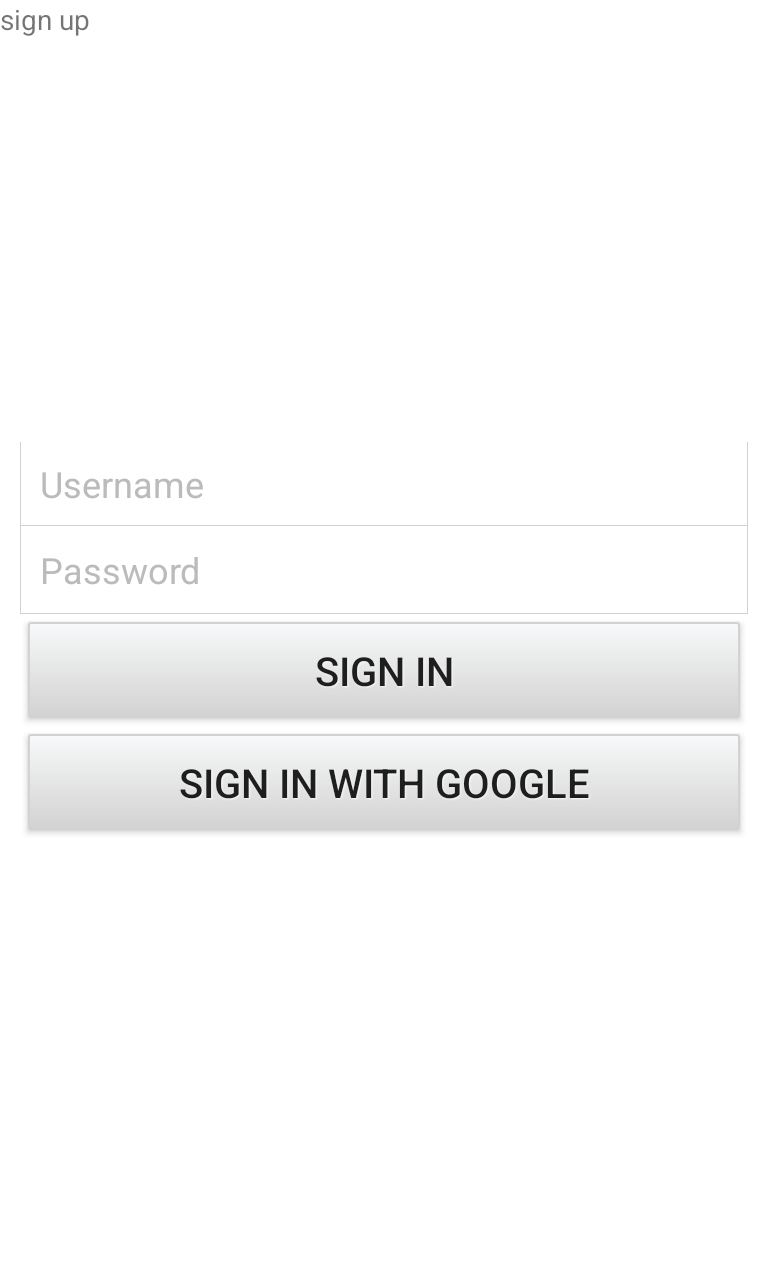
Repository: Jaaga/mooc-tracker
Layout: android/MOOCTracker/res/layout/login_screen.xml
An editor plug-in stored every save of this project. The layout is shown before and after a run of saves, followed by the edit.
It is drawn on a 768 x 1280 px phone screen (xhdpi) without system bars, with theme AppTheme; the app's code is not run.

Above is the layout before, as saved 2014-05-22 18:22:43.

### android/MOOCTracker/res/layout/login_screen.xml
<?xml version="1.0" encoding="utf-8"?>
<RelativeLayout xmlns:android="http://schemas.android.com/apk/res/android"
    android:layout_width="match_parent"
    android:layout_height="match_parent"
    android:orientation="vertical"

    android:background="#ffffff"
    >

   <LinearLayout

       android:orientation="vertical"
       android:layout_width="match_parent"
       android:layout_height="wrap_content"
       android:layout_centerInParent="true"
       android:padding="10dp"
       >

          <EditText
             android:id="@+id/etUserName"
             android:layout_width="match_parent"
             android:layout_height="wrap_content"
             android:background="@drawable/edittext_default_bg"
             android:layout_marginTop="-2dp"
             android:padding="10dp"
             android:hint="@string/usernameHint"
             android:textColorHint="#bbbbbb"
            >
            </EditText>
            <!--  android:drawableLeft="@drawable/user"/ -->

          <EditText
             android:id="@+id/etPass"
             android:layout_width="match_parent"
             android:layout_height="wrap_content"
             android:background="@drawable/edittext_bottom_bg"
             android:layout_marginTop="-2dp"
             android:padding="10dp"
             android:hint="@string/passwordHint"
             android:textColorHint="#bbbbbb"
             android:inputType="textPostalAddress"
             >
            </EditText>

          <!--     android:drawableLeft="@drawable/password"/ -->


           <Button
             android:id="@+id/btnSignIn"
             android:layout_width="match_parent"
             android:layout_height="wrap_content"
             android:padding="10dp"
             android:layout_margin="4dp"
             android:text="@string/signInHint"
             style="@style/DefaultButtonText"
             android:background="@drawable/button_default_bg" />

           <Button
             android:id="@+id/btnGplus"
             android:layout_width="match_parent"
             android:layout_height="wrap_content"
             android:padding="10dp"
             android:layout_margin="4dp"
             style="@style/DefaultButtonText"
             android:text="@string/googleplus"
             android:background="@drawable/button_default_bg"
           />
   </LinearLayout>

     <TextView
               android:id="@+id/toSignup"
               android:layout_width="wrap_content"
               android:layout_height="wrap_content"
               android:gravity="bottom"
               android:text="sign up"
               />



</RelativeLayout>

### android/MOOCTracker/res/drawable-hdpi/edittext_default_bg.xml
<?xml version="1.0" encoding="utf-8"?>
<shape xmlns:android="http://schemas.android.com/apk/res/android"

    android:shape="rectangle" android:padding="10dp">
     <solid android:color="#FFFFFF"/>
     <stroke
        android:width="0.5dp"
        android:color="#d2d2d2" />
</shape>

### android/MOOCTracker/res/values/strings.xml
<?xml version="1.0" encoding="utf-8"?>
<resources>

    <string name="hello">Hello World, AndroidJSONParsingActivity!</string>
    <string name="app_name">Jaaga MOOC-Tracker</string>
    <string name="btRefresh">Refresh</string>
    <string name="loginButton">Login</string>
    <string name="signupButton">Sign Up</string>
    <string name="emailHint">Email</string>
    <string name="usernameHint">Username</string>
    <string name="passwordHint">Password</string>
    <string name="signUpHint">Sign Up</string>
    <string name="signInHint">Sign In</string>
    <string name="action_settings"></string>
    <string name="googleplus">Sign In with Google</string>

    <style name="DefaultButtonText">
       <item name="android:layout_width">fill_parent</item>
        <item name="android:layout_height">wrap_content</item>
        <item name="android:textColor">#1e1e1e</item>
        <item name="android:gravity">center</item>
        <item name="android:layout_margin">3dp</item>
        <item name="android:textStyle">normal</item>
        <item name="android:textSize">20sp</item>
        <item name="android:shadowColor">#f9f9f9</item>
        <item name="android:shadowDx">1</item>
        <item name="android:shadowDy">1</item>
        <item name="android:shadowRadius">1</item>
    </style>

</resources>

### android/MOOCTracker/res/drawable-hdpi/edittext_bottom_bg.xml
<?xml version="1.0" encoding="utf-8"?>
<shape xmlns:android="http://schemas.android.com/apk/res/android"

    android:shape="rectangle" android:padding="10dp">
     <solid android:color="#FFFFFF"/>
     <stroke
        android:width="0.5dp"
        android:color="#d2d2d2" />
</shape>

### android/MOOCTracker/res/drawable-hdpi/button_default_bg.xml
<?xml version="1.0" encoding="utf-8"?>
<selector xmlns:android="http://schemas.android.com/apk/res/android" >

      <item  android:state_pressed="true" >
        <shape>
            <solid
                android:color="#f8f9fa" />
            <stroke
                android:width="1dp"
                android:color="#d2d2d2" />
            <corners
                android:radius="1dp" />

        </shape>
    </item>
    <item>
        <shape>
            <gradient
                android:startColor="#f8f9fa"
                android:endColor="#d2d2d2"
                android:angle="270" />
            <stroke
                android:width="1dp"
                android:color="#d2d2d2" />
            <corners
                android:radius="1dp" />

        </shape>
    </item>

</selector>

Loaded but not shown: android/MOOCTracker/res/values/styles.xml (common file); android/MOOCTracker/res/values-v11/styles.xml (common file); android/MOOCTracker/res/values-v14/styles.xml (common file)

After the next 2 saves:
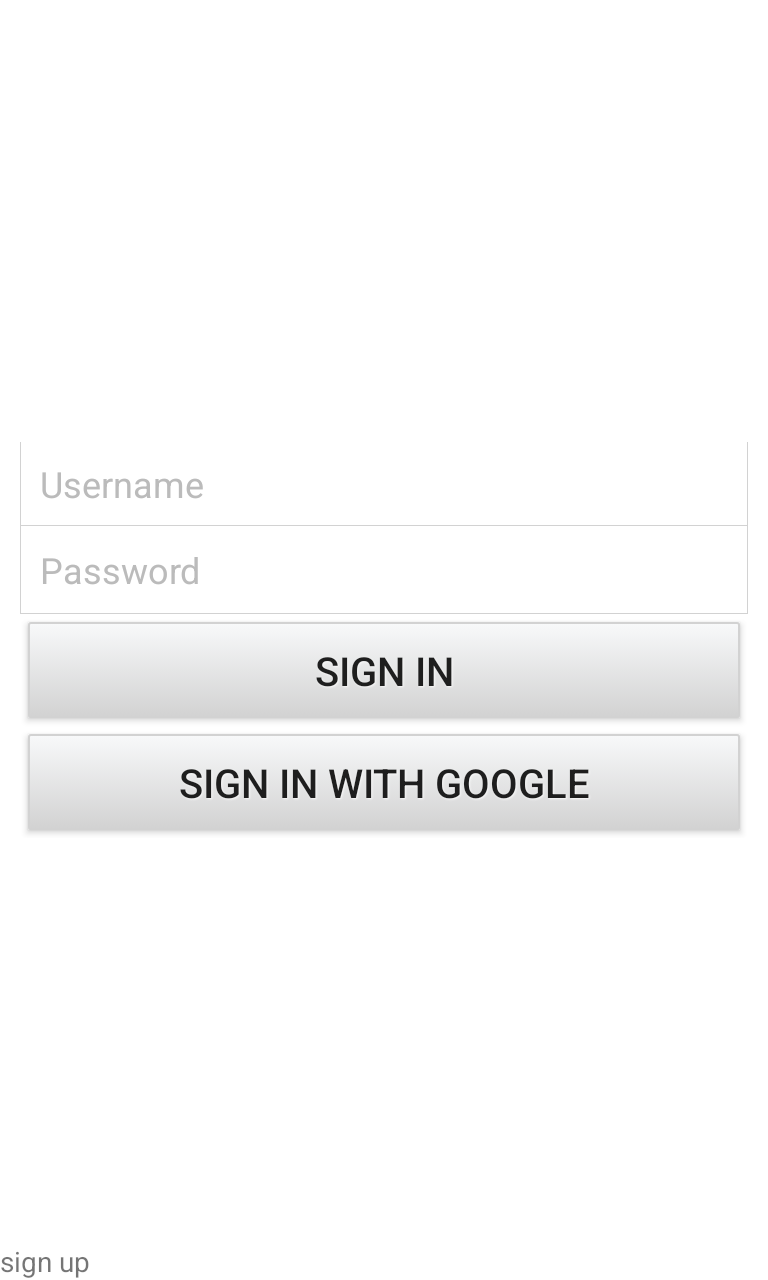
The 2 saves are shown as one change because they came seconds apart.
The last was saved 54 s later.
--- a/android/MOOCTracker/res/layout/login_screen.xml
+++ b/android/MOOCTracker/res/layout/login_screen.xml
@@ -71,7 +71,7 @@
                android:id="@+id/toSignup"
                android:layout_width="wrap_content"
                android:layout_height="wrap_content"
-               android:gravity="bottom"
+               android:layout_alignParentBottom="true"
                android:text="sign up"
                />
 
